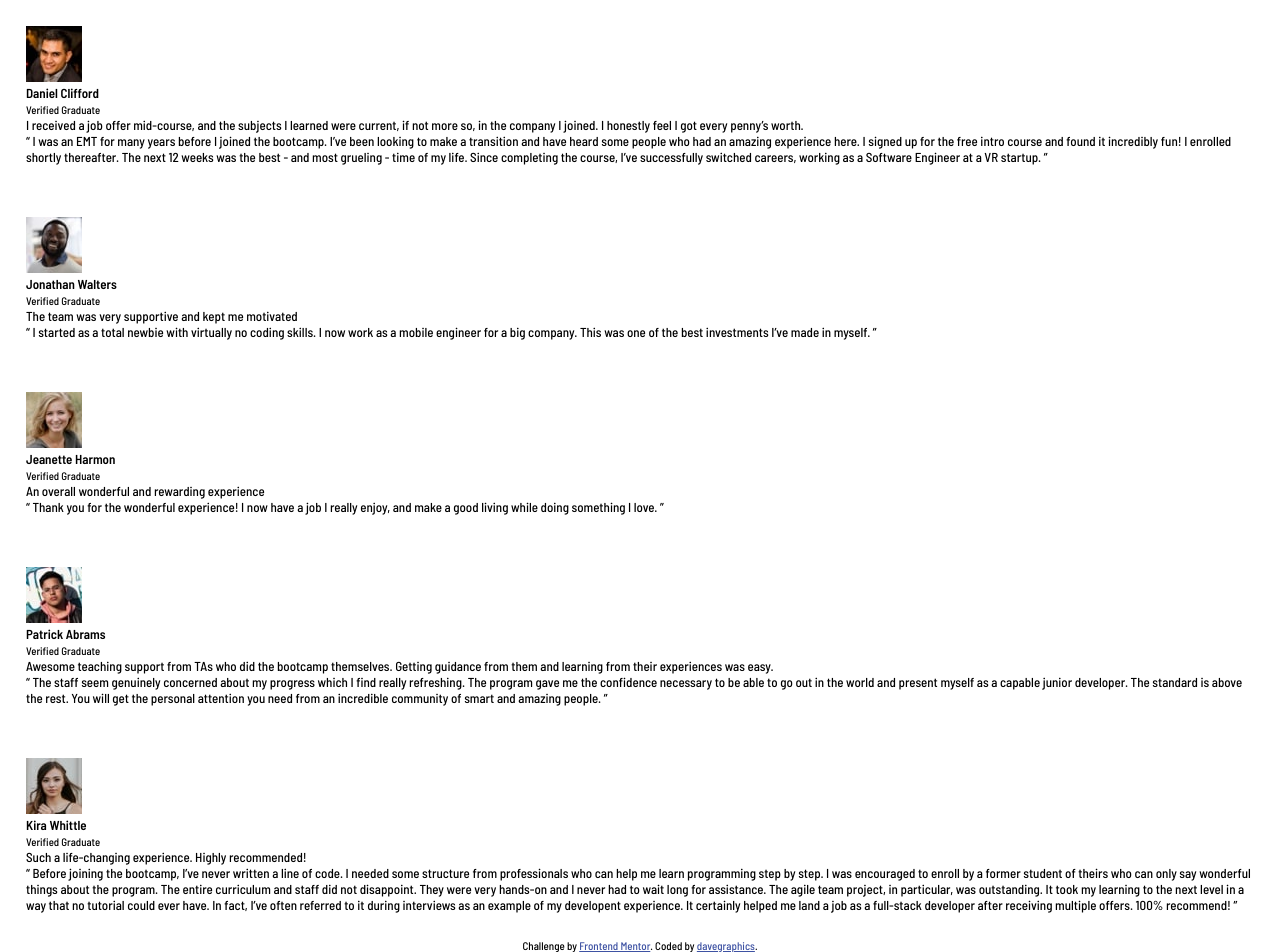
Repository: DejV44/testimonials_grid_section_main
Page: index.html
These files come from the project's save history. The page is drawn as it stood at one moment and after the next save; the edit follows.
The browser window is 1280 px wide. The pictures show the whole page.
The style sheet was rebuilt from its Sass, Less or Tailwind sources for each picture, by a compiler version that may differ from the author's.

Above is the page before, as saved 2021-07-14 19:46:56.

### index.html
<!DOCTYPE html>
<html lang="en">

<head>
  <meta charset="UTF-8">
  <meta name="viewport" content="width=device-width, initial-scale=1.0">
  <link rel="stylesheet" href="css/style.css">
  <link rel="icon" type="image/png" sizes="32x32" href="./images/favicon-32x32.png">
  <title>Frontend Mentor | Testimonials grid section</title>
</head>

<body>
  <div class="container">
    <div class="cards">
      <div class="image">
        <img src="./images/image-daniel.jpg" alt="image-daniel">
        <div>
          <h4>Daniel Clifford</h4>
          <small>Verified Graduate</small>
        </div>
      </div>
      <p>I received a job offer mid-course, and the subjects I learned were current, if not more so,
        in the company I joined. I honestly feel I got every penny’s worth.</p>
      <p>“ I was an EMT for many years before I joined the bootcamp. I’ve been looking to make a
        transition and have heard some people who had an amazing experience here. I signed up
        for the free intro course and found it incredibly fun! I enrolled shortly thereafter.
        The next 12 weeks was the best - and most grueling - time of my life. Since completing
        the course, I’ve successfully switched careers, working as a Software Engineer at a VR startup. ”</p>
    </div>
    <div class="cards">
      <div class="image">
        <img src="./images/image-jonathan.jpg" alt="image-jonathan">
        <div>
          <h4>Jonathan Walters</h4>
          <small>Verified Graduate</small>
        </div>
      </div>
      <p>The team was very supportive and kept me motivated</p>
      <p>“ I started as a total newbie with virtually no coding skills. I now work as a mobile engineer
        for a big company. This was one of the best investments I’ve made in myself. ”</p>
    </div>
    <div class="cards">
      <div class="image">
        <img src="./images/image-jeanette.jpg" alt="image-jeanette">
        <div>
          <h4>Jeanette Harmon</h4>
          <small>Verified Graduate</small>
        </div>
      </div>
      <p>An overall wonderful and rewarding experience</p>
      <p>“ Thank you for the wonderful experience! I now have a job I really enjoy, and make a good living
        while doing something I love. ”</p>
    </div>
    <div class="cards">
      <div class="image">
        <img src="./images/image-patrick.jpg" alt="image-patrick">
        <div>
          <h4>Patrick Abrams</h4>
          <small>Verified Graduate</small>
        </div>
      </div>
      <p>Awesome teaching support from TAs who did the bootcamp themselves. Getting guidance from them and
        learning from their experiences was easy.</p>
      <p>“ The staff seem genuinely concerned about my progress which I find really refreshing. The program
        gave me the confidence necessary to be able to go out in the world and present myself as a capable
        junior developer. The standard is above the rest. You will get the personal attention you need from
        an incredible community of smart and amazing people. ”</p>
    </div>
    <div class="cards">
      <div class="image">
        <img src="./images/image-kira.jpg" alt="image-kira">
        <div>
          <h4>Kira Whittle</h4>
          <small>Verified Graduate</small>
        </div>
      </div>
      <p>Such a life-changing experience. Highly recommended!</p>
      <p>“ Before joining the bootcamp, I’ve never written a line of code. I needed some structure from
        professionals who can help me learn programming step by step. I was encouraged to enroll by a former
        student of theirs who can only say wonderful things about the program. The entire curriculum and staff
        did not disappoint. They were very hands-on and I never had to wait long for assistance. The agile team
        project, in particular, was outstanding. It took my learning to the next level in a way that no tutorial
        could ever have. In fact, I’ve often referred to it during interviews as an example of my developent
        experience. It certainly helped me land a job as a full-stack developer after receiving multiple offers.
        100% recommend! ”</p>
    </div>
  </div>
  <div class="attribution">
    Challenge by <a href="https://www.frontendmentor.io?ref=challenge" target="_blank">Frontend Mentor</a>.
    Coded by <a href="#">davegraphics</a>.
  </div>
</body>

</html>

### css/style.scss
@import url('https://fonts.googleapis.com/css2?family=Barlow+Semi+Condensed:wght@500;600&display=swap');

$ModerateViolet: hsl(263, 55%, 52%);
$VeryDarkGrayishBlue: hsl(217, 19%, 35%);
$VeryDarkBlackishBlue: hsl(219, 29%, 14%);
$White: hsl(0, 0%, 100%);
$LightGray: hsl(0, 0%, 81%);
$LightGrayishBlue: hsl(210, 46%, 95%);

* {
    margin: 0;
    padding: 0;
}

body {
    font-size: 13px;
    font-family: 'Barlow Semi Condensed', sans-serif;

    .container {
        display: grid;
        grid-template-columns: 1fr;

        .cards {
            padding: 2em;
        }

    }


.attribution { font-size: 11px; text-align: center; }
.attribution a { color: hsl(228, 45%, 44%); }

}

After the next save:
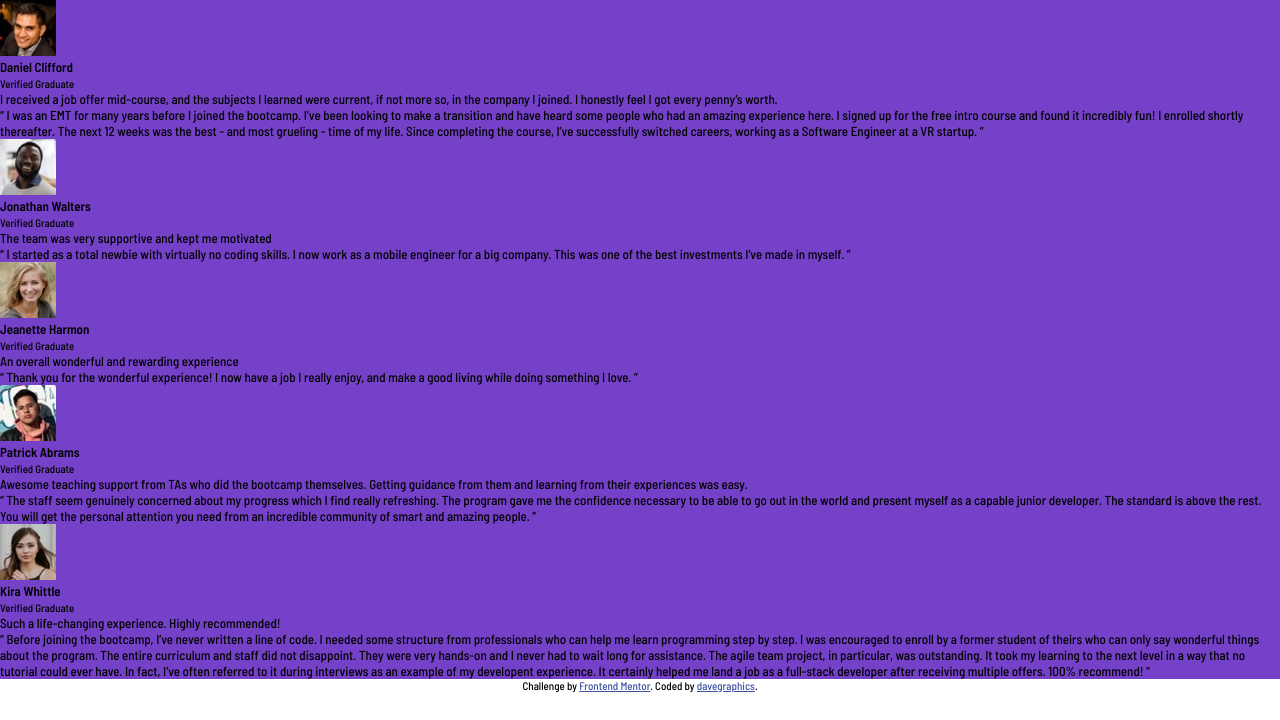
Saved 51 s later.
--- a/css/style.scss
+++ b/css/style.scss
@@ -21,7 +21,7 @@ body {
         grid-template-columns: 1fr;
 
         .cards {
-            padding: 2em;
+            background-color: $ModerateViolet;
         }
 
     }
